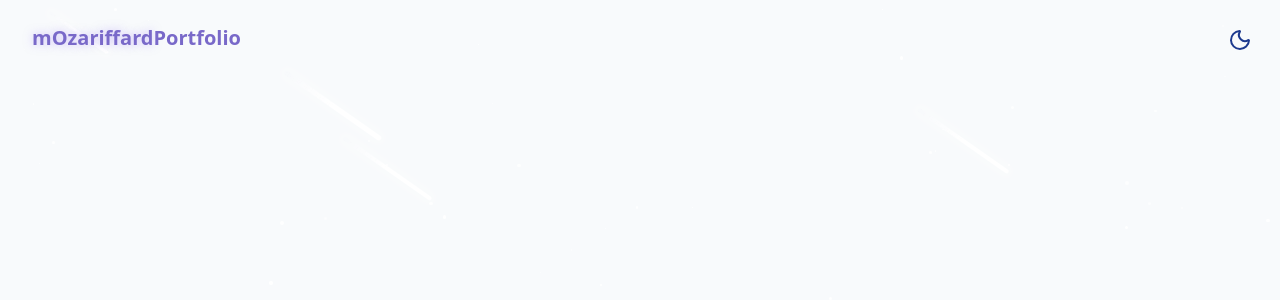
Repository: mOzariffard/Portfolio
Page: /
An editor plug-in stored every save of this project. The page is shown before and after the next save, followed by the edit.
The browser window is 1280 px wide. The pictures show the whole page.
The project was rebuilt for these pictures with package versions that can differ from the ones it lists, and the page was loaded fresh each time. Also part of the build but not shown: vite.config.js, src/pages/NotFound.jsx.

Above is the page before, as saved 2025-06-28 20:51:13.

### src/index.css
@import "tailwindcss";

@theme{
    --color-border:hsl(var(--border));
    --color-background:hsl(var(--background));
    --color-foreground:hsl(var(--forground));

    --color-primary:hsl(var(--primary));
    --color-primary-foreground:hsl(var(--primary-foreground));

    --color-card:hsl(var(--card));

    /* ANIMATE FOR BACKGOUND EFFECTS */

    --animate-folat: float 6s ease-in-out ifinite;
    --animate-pulse-subtle: pulse-subtle 2s ease-in-out infinite;
    --animate-fade-in: fade-in 0.7s ease-out forwards;
    --animate-fade-in-delay-1: fade-in 0.7s ease-out 0.2s forwards;
    --animate-fade-in-delay-2: fade-in 0.7s ease-out 0.4s forwards;
    --animate-fade-in-delay-3: fade-in 0.7s ease-out 0.6s forwards;
    --animate-fade-in-delay-4: fade-in 0.7s ease-out 0.8s forwards;
    --animate-meteor: meteor 5s linear infinite;
}


@keyframes float {
    0%,
    100%{
        transform: translateY(0);
    }
    50% {
        transform: translateY(-10px);
    }
}

@keyframes pulse-subtle {
    0%,
    100%{
        opacity: 1;
    }
    50%{
        opacity: 0.8;
    }
}

@keyframes fade-in {
    from{
        opacity: 0;
        transform: translateY(20px);
    }
    to{
        opacity: 1;
        transform: translateY(0);
    }
}

@keyframes meteor{
    0%{
        transform: rotate(215deg) translateX(0);
        opacity: 1;
    }
    70%{
        opacity: 1;

    }
    100%{
        transform: rotate(215deg) translateX(-500px);
        opacity: 0;
    }
}

@layer base{
    :root{
        --background: 210 40% 98%;
        --foreground: 222 47% 11%;

        --card: 0 0% 100%;

        --primary: 250 47% 60%;
        --primary-foreground: 210 40% 98%;

        --border: 214 32% 91%;
    }

    *{
        @apply border-border;
    }

    html{
        @apply scroll-smooth;
    }

    body{
        @apply bg-background text-foreground transition-colors duration-300;
        font-feature-settings: "rlig" 1, "calt" 1;
    }



    .dark{
        --background: 222 47% 4%;
        --foreground: 213 31% 91%;

        --card: 222 47% 8%;

        --primary: 250 65% 65%;
        --primary-foreground: 213 31% 91%;

        --border: 217 33% 20%;
    }
}

@utility container{
    margin-inline: auto;
    padding-inline: 2rem;

    @media (width: 640px) {
        max-width: 640px;
    }

    @media (width: 768px) {
        max-width: 768px;
    }

    @media (width: 1024px) {
        max-width: 1024px;
    }

    @media (width: 1280px) {
        max-width: 1280px;
    }


    @media (width>=1400px) {
        max-width:1400px ;
    }
}

@utility text-glow{
    @apply relative ;
    text-shadow: 0 0 10px rgba(167,139, 250, 0.5);
}

@utility card-hover{
    @apply transition-transform duration-300 hover:scale-[1.02] hover:shadow-lg;
}

@utility gradient-card{
    @apply relative rounded-md;
    background: linearGradient(to right,hsl(var(--card)), hsl(var(--card)));
    background-clip: padding-box;
    border: 1px solid transparent;
}

@utility cosmic-button{
    @apply px-6 py-2 rounded-bl-full bg-primary text-primary-foreground font-medium;
         transition-all duration-300 hover:shadow-[0_0_10px_rgba(139,92,246,0,5)]
         hover:scale-105 active:scale-90;
}

@utility star{
    @apply absolute rounded-full bg-white;
    box-shadow: 0 0 10px 2px rgba(255, 255 , 255, 0.4);
}

@utility meteor{
    @apply absolute bg-linear-to-r from-white via-white to-transparent rounded-full;
    box-shadow: 0 0 10px 5px rgba(255, 255 , 255, 0.3);
}

#root{
    max-width: 100%;
    margin: 0 auto;
    padding: 0;
    text-align: center;
}

### src/App.jsx
import  Home from "./pages/Home"
import { BrowserRouter, Route, Routes } from "react-router-dom"
import NotFound from "./pages/NotFound"


function App() {

  return (
    <>
    <BrowserRouter>
    <Routes>
      <Route index element={<Home />} />
      <Route path="*" element={<NotFound />} />
    </Routes>
    </BrowserRouter>
    </>
  )
}

export default App

### src/pages/Home.jsx
import React from 'react'
import ThemeToggle from '@/components/ThemeToggle'
import StartBackground from '@/components/StartBackground'
import Navbar from '@/components/Navbar'
const Home = () => {
  return (
    <div className='min-h-screen bg-background text-foreground overflow-x-hidden'>
        {/*----------------Theme Toggle----------------*/}
        <ThemeToggle />
        {/*----------------Background Effects----------------*/}
        <StartBackground/>
        {/*----------------Nav Bar----------------*/}
        <Navbar/>
        {/*----------------Main Content----------------*/}

        {/*----------------Footer----------------*/}


    </div>
  )
}

export default Home

### src/components/ThemeToggle.jsx
import React, { useEffect, useState } from 'react'
import { Sun, Moon } from 'lucide-react'
import { cn } from '@/lib/utils';
const ThemeToggle = () => {
    const [isDarkMode, setIsDarkMode]= useState(false);

    useEffect(()=>{
        const storedTheme= localStorage.getItem('theme');
        if(storedTheme=== 'dark'){
            setIsDarkMode(true);
            document.documentElement.classList.add('dark');
        }else{
            localStorage.setItem('theme', 'light');
            setIsDarkMode(false);
        }
    },[])
    const toggleTheme=()=>{
        if(isDarkMode){
            document.documentElement.classList.remove('dark');
            localStorage.setItem('theme', 'light');
            setIsDarkMode(false);
        }else{
            document.documentElement.classList.add('dark');
            localStorage.setItem('theme', 'dark');
            setIsDarkMode(true);
        }
    }
  return (
    <button onClick={toggleTheme} className={cn(
        "fixed max-sm:hidden top-5 right-5 z-50 p-2 rounded-full transition-colors duration-300",
        "focus:outline-hidden")}>
        {isDarkMode ? <Sun className='h-6 w-6 text-yellow-300'/> : <Moon className='h-6 w-6 text-blue-900' />}
    </button>
  )
}

export default ThemeToggle

### src/components/StartBackground.jsx
import React, { useEffect, useState } from 'react'

// START has
// ID , SIZE , X , Y , OPACITY , ANIMATION DURATION
// METEOR has
// ID , SIZE , X , Y , DELAY , DURATION

const StartBackground = () => {
    const [stars,setStars]=useState([]);
    const [meteors,setMeteors]=useState([]);

    useEffect(()=>{
        generateStars();
        generateMeteors();

        const handleResize = ()=>{
            generateStars();
        };

        window.addEventListener('resize', handleResize);

        return ()=> window.removeEventListener('resize', handleResize);

    },[])

    const generateStars = () =>{
        const numbersOfStars = Math.floor(window.innerWidth * window.innerHeight /10000);

        const newStars=[];

        for(let i=0; i<numbersOfStars; i++){
            newStars.push({
                id: i,
                size: Math.random()* 3 + 1,
                x: Math.random()*100 ,
                y:  Math.random()*100,
                opacity: Math.random()*0.5 +0.5 ,
                animationDuration: Math.random()*4+2 ,
            });
        }

        setStars(newStars);
    };

    const generateMeteors = () =>{
        const numbersOfMeteors = 4;

        const newMeteors=[];

        for(let i=0; i<numbersOfMeteors; i++){
            newMeteors.push({
                id: i,
                size: Math.random()* 2 + 1,
                x: Math.random()* 100 ,
                y:  Math.random()* 20,
                delay: Math.random()* 15 ,
                animationDuration: Math.random()*3+3 ,
            });
        }

        setMeteors(newMeteors);
    };


  return (
    <div className='fixed inset-0 overflow-hidden pointer-events-none z-0 '>
        {stars.map((star)=>(
            <div
            key={star.id}
                className='star animate-pluse-subtle' style={{
                width:`${star.size}px` ,
                height: `${star.size}px`,
                left: `${star.x}%`,
                top: `${star.y}%`,
                opacity:`${star.opacity}` ,
                animationDuration: `${star.animationDuration}s`
            }} />
        ))}

        {meteors.map((meteor)=>(
            <div
            className='meteor animate-meteor'
            key={meteor.id}
            style={{
                width: `${meteor.size* 50}px`,
                height: `${meteor.size * 2}px`,
                left: `${meteor.x}%`,
                top: `${meteor.y}%`,
                animationDelay: `${meteor.delay}`,
                animationDuration: `${meteor.duration}s`
            }}
            />
        ))}
    </div>
  )
}

export default StartBackground

### src/components/Navbar.jsx
import React, { useState, useEffect } from 'react'
import { cn } from '@/lib/utils';

const navItems = [
    { name: 'Home', href: '#' },
    { name: 'About', href: '#' },
    { name: 'Skills', href: '#' },
    { name: 'Project', href: '#' },
    { name: 'Contact', href: '#' },
];

const Navbar = () => {
    const [isScrolled, setIsScrolled]=useState(false);

    useEffect(()=>{
        const handleScroll = ()=>{
            setIsScrolled(window.scrollY>10);
        };

        window.addEventListener("scroll", handleScroll);

        return()=> window.removeEventListener("scroll", handleScroll);
    },[]);

  return (
    <nav className={cn("fixed w-full z-40 transition-all duration-300 ",
        isScrolled ? "py-3 bg-background/80 backdrop-blur-md shadow-xs" : "py-6"
    )}>
        <div className='container flex items-center justify-between'>
            <a className='text-xl font-bold text-primary flex items-center'>
                <span className='relative z-10'>
                    <span className='text-glow text-foreground-primary'>
                        mOzariffard
                    </span>
                     Portfolio
                </span>
            </a>
        </div>
    </nav>
  )
}

export default Navbar

### src/lib/utils.js
import {clsx} from 'clsx';
import { twMerge } from 'tailwind-merge';



export const cn= (...inputs)=>{
    return twMerge(clsx(inputs));
}

Loaded but not shown: index.html (common file); src/main.jsx (common file)

After the next save:
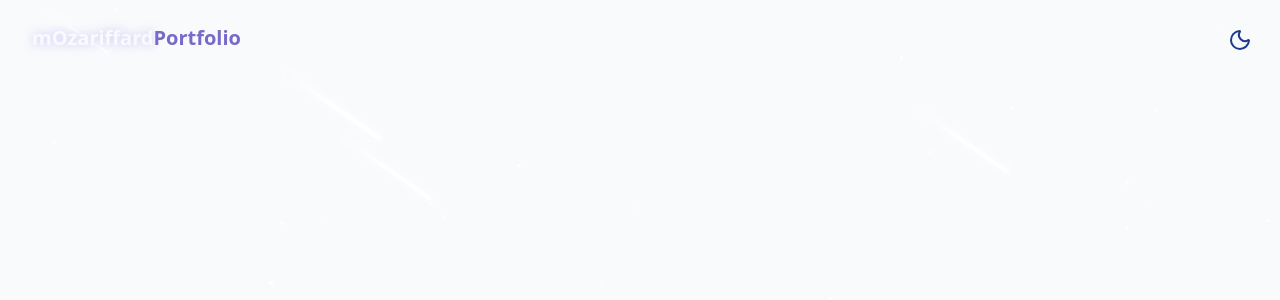
Saved 14 s later.
--- a/src/components/Navbar.jsx
+++ b/src/components/Navbar.jsx
@@ -29,7 +29,7 @@
         <div className='container flex items-center justify-between'>
             <a className='text-xl font-bold text-primary flex items-center'>
                 <span className='relative z-10'>
-                    <span className='text-glow text-foreground-primary'>
+                    <span className='text-glow text-primary-foreground'>
                         mOzariffard
                     </span>
                      Portfolio

After the save that followed:
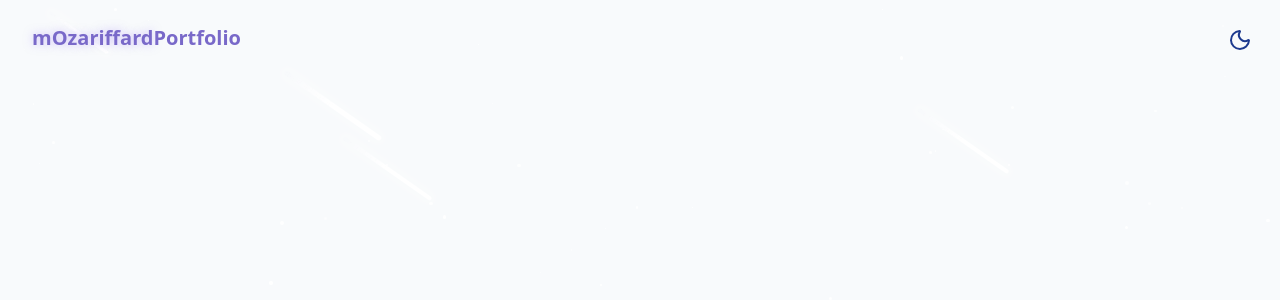
Saved 12 s later.
--- a/src/components/Navbar.jsx
+++ b/src/components/Navbar.jsx
@@ -29,7 +29,7 @@
         <div className='container flex items-center justify-between'>
             <a className='text-xl font-bold text-primary flex items-center'>
                 <span className='relative z-10'>
-                    <span className='text-glow text-primary-foreground'>
+                    <span className='text-glow text-foreground'>
                         mOzariffard
                     </span>
                      Portfolio
